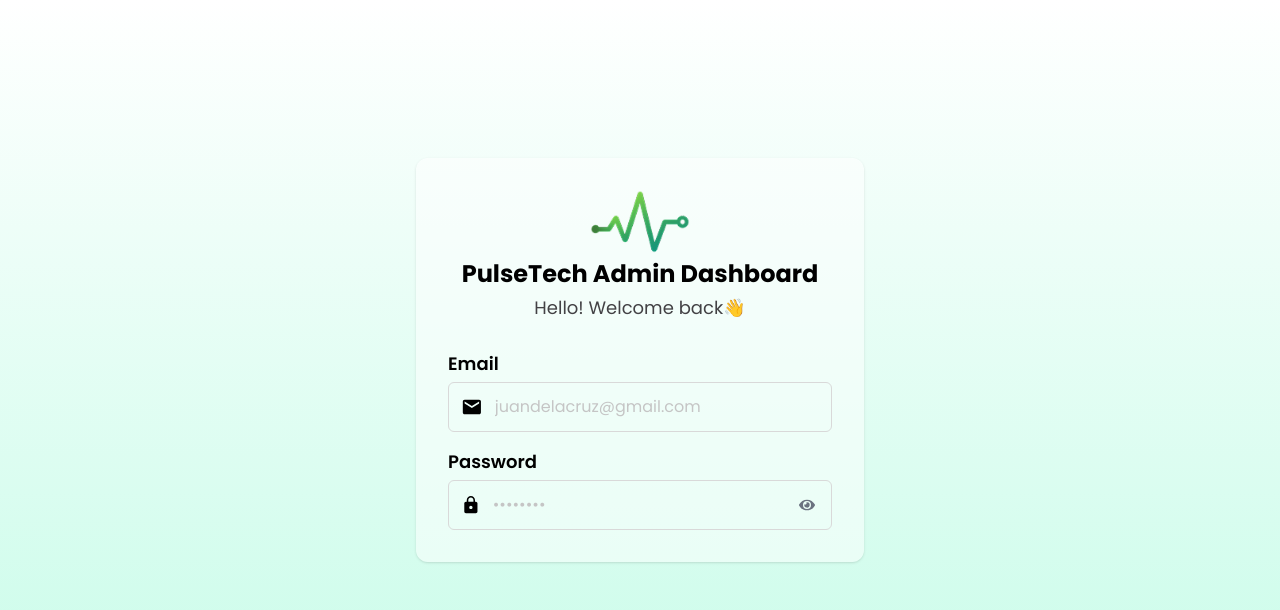
Repository: ShyrineJardin/pulse_admin
Page: /
The author's editor kept a copy of each file at every save. The page is drawn from the files as they stood at one save, then again after the next save.
The browser window is 1280 px wide. The pictures show the whole page.
The project was rebuilt for these pictures with package versions that can differ from the ones it lists, and the page was loaded fresh each time.

Above is the page before, as saved 2026-03-25 11:22:20.

### src/index.css
@import url('https://fonts.googleapis.com/css2?family=Inter:ital,opsz,wght@0,14..32,100..900;1,14..32,100..900&family=Poppins:ital,wght@0,100;0,200;0,300;0,400;0,500;0,600;0,700;0,800;0,900;1,100;1,200;1,300;1,400;1,500;1,600;1,700;1,800;1,900&display=swap');

@tailwind base;
@tailwind components;
@tailwind utilities;

*{
    margin: 0;
    padding: 0;
    box-sizing: border-box;
}

body {
    font-family: poppins, sans-serif;
}

### src/App.js
import Login from "./components/Login";

function App() {
  return (
    <div className="App">
      <Login />
    </div>
  );
}

export default App;

### src/components/Login.jsx
import {React, useState} from "react";
import { MdEmail, MdLock } from "react-icons/md";
import { FaEye, FaEyeSlash } from "react-icons/fa";


const Login = () => {
  const [showPassword, setShowPassword] = useState(false);

  return (
   <div className="flex items-center justify-center h-screen bg-gradient-to-b from-white to-[#C9FCE9]">
        <div className="w-full max-w-sm md:max-w-md p-8 space-y-6 bg-white/50 rounded-xl shadow">
            <div className="flex flex-col text-center gap-1">
                <img src="/logo.png" alt="pulse logo" className="lg:h-16 h-14 mx-auto" />
                <h2 className="font-bold text-xl lg:text-2xl">PulseTech Admin Dashboard</h2>
                <p className="text-subtext text-base lg:text-lg">Hello! Welcome back👋</p>

                <form action="">
                    <div className="flex flex-col gap-4 mt-6">
                        <div className="flex flex-col gap-1">
                            <h3 className="text-left font-semibold text-lg">Email</h3>
                            <div className="flex items-center gap-3 bg-#F6F6F6 p-3 border border-[#D9D9D9] rounded-md focus-within:ring-2 focus-within:ring-primary">
                                <MdEmail className="h-6 w-6" />
                                <input type="email" placeholder="juandelacruz@gmail.com" className=" placeholder:text-[#C5C5C5] bg-transparent outline-none w-full" />
                            </div>
                        </div>
                        <div className="flex flex-col gap-1">
                            <h3 className="text-left font-semibold text-lg">Password</h3>
                            <div className="flex items-center gap-3 bg-#F6F6F6 p-3 border border-[#D9D9D9] rounded-md focus-within:ring-2 focus-within:ring-primary">
                                <MdLock className="h-6 w-6" />
                                <input
                                    type={showPassword ? "text" : "password"}
                                    placeholder="••••••••"
                                    className="placeholder:text-[#C5C5C5] bg-transparent outline-none w-full"
                                />
                                <button
                                    type="button"
                                    onClick={() => setShowPassword(!showPassword)}
                                    className="text-gray-500 h-6 w-6 hover:text-gray-700"
                                >
                                    {showPassword ? <FaEyeSlash /> : <FaEye />}
                                </button>
                            </div>
                        </div>
                    </div>
                </form>
            </div>

        </div>
    </div>
  );
}

export default Login;

### tailwind.config.js
/** @type {import('tailwindcss').Config} */
module.exports = {
  content: [
    "./src/**/*.{js,jsx,ts,tsx}",
  ],
  theme: {
    extend: {
        colors: {
          'subtext': '#434245',
          'primary': '#75EEA5',
        },
    }
  },
  plugins: [],
}

Loaded but not shown: public/index.html (common file); src/index.js (common file); src/reportWebVitals.js (common file)

After the next save:
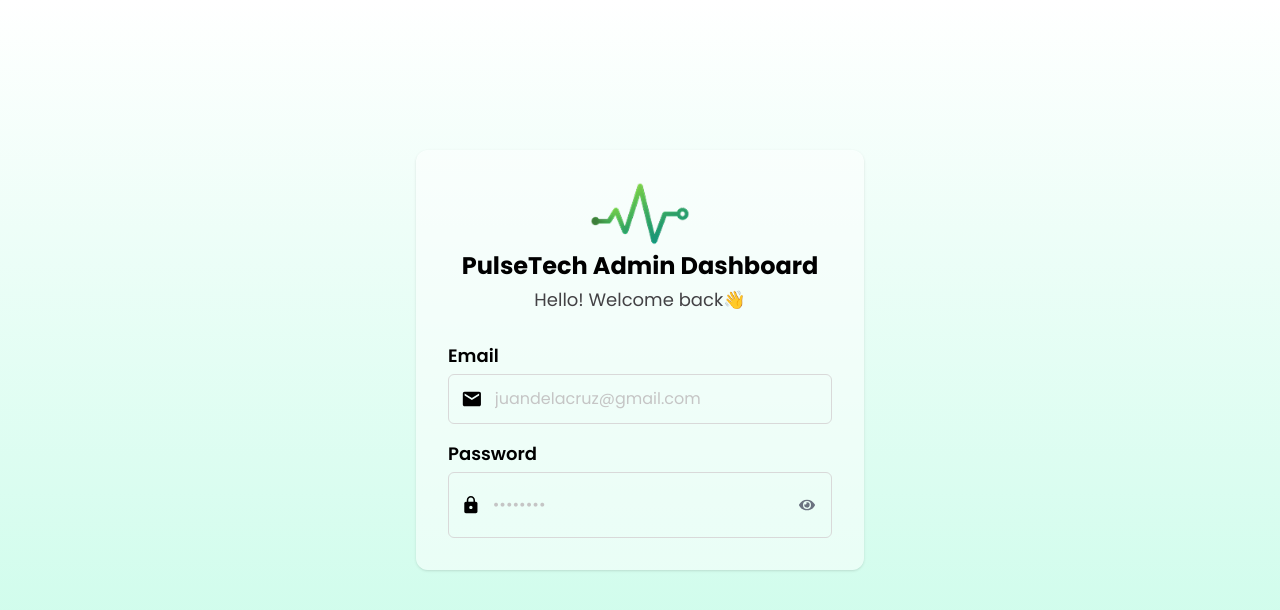
Saved 13 s later.
--- a/src/components/Login.jsx
+++ b/src/components/Login.jsx
@@ -35,7 +35,7 @@ const Login = () => {
                                 <button
                                     type="button"
                                     onClick={() => setShowPassword(!showPassword)}
-                                    className="text-gray-500 h-6 w-6 hover:text-gray-700"
+                                    className="text-gray-500 h-10 w-6 hover:text-gray-700"
                                 >
                                     {showPassword ? <FaEyeSlash /> : <FaEye />}
                                 </button>
